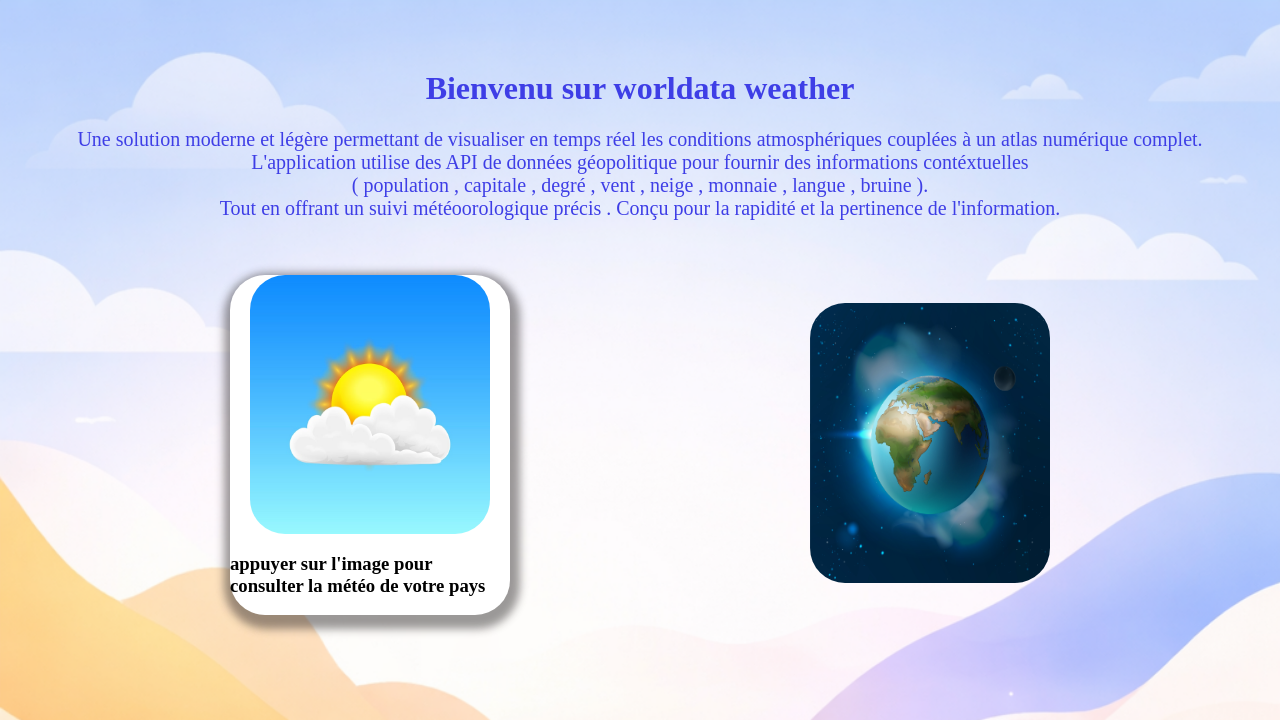
Repository: assanendao171/meteo
Page: index.html
These files come from the project's save history. The page is drawn as it stood at one moment and after a run of saves; the edit follows.
The browser window is 1280 px wide. The pictures show the whole page.

Above is the page before, as saved 2026-03-18 17:17:44.

After the next 3 saves:
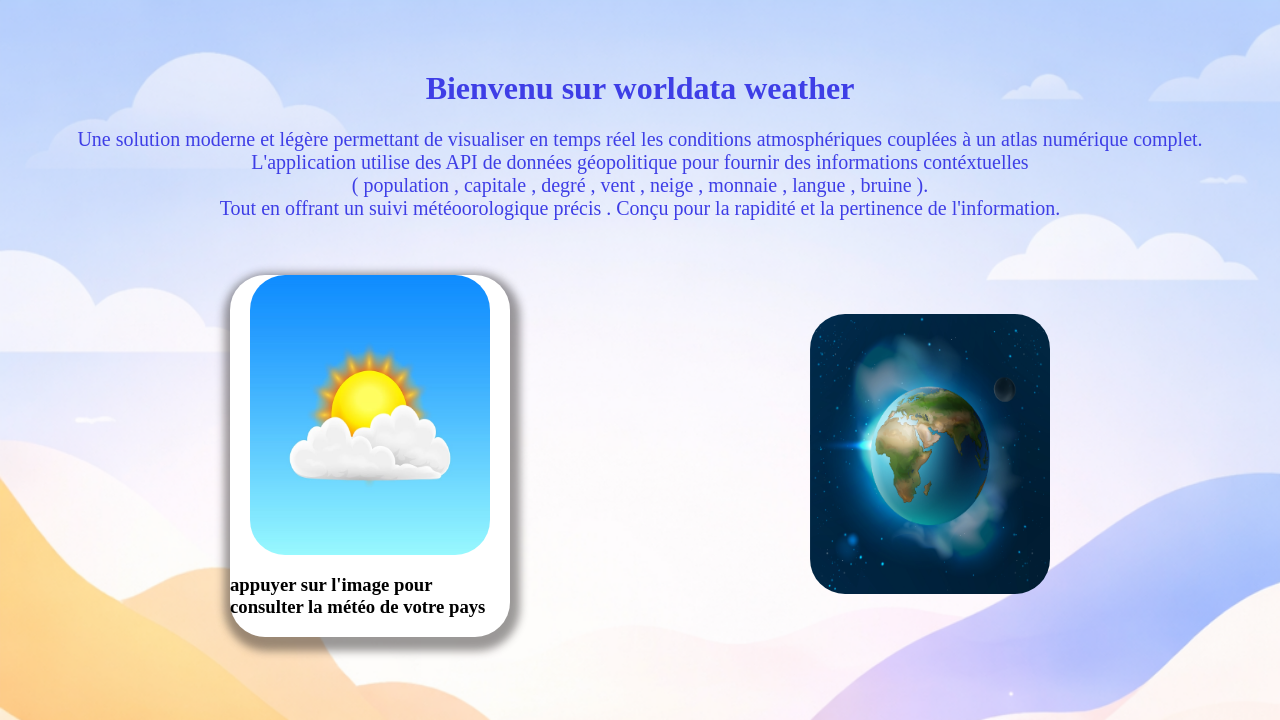
The 3 saves are shown as one change because they came seconds apart.
The last was saved 32 s later.
--- a/style.css
+++ b/style.css
@@ -34,12 +34,13 @@
 }
 #img1{
     width: 280px;
-    height: 340px;
+    height: auto;
     background-color: white;
     display: flex;
     flex-direction: column;
     justify-content: center;
     align-items: center;
     border-radius: 35px;
-    box-shadow: rgba(31, 28, 28, 0.445) 2px 6px 8px 8px
+    box-shadow: rgba(31, 28, 28, 0.445) 2px 6px 8px 8px;
+
 }

After the save that followed:
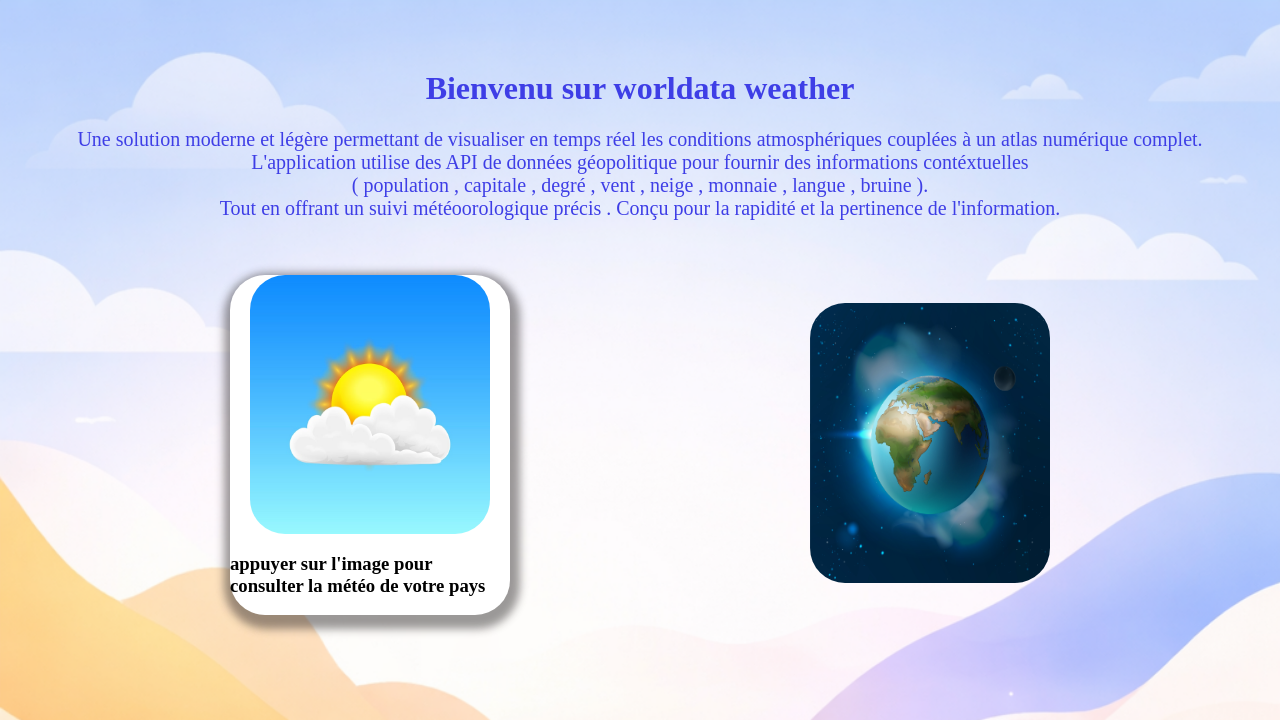
Saved 20 s later.
--- a/style.css
+++ b/style.css
@@ -34,7 +34,7 @@
 }
 #img1{
     width: 280px;
-    height: auto;
+    height: 340px;
     background-color: white;
     display: flex;
     flex-direction: column;
